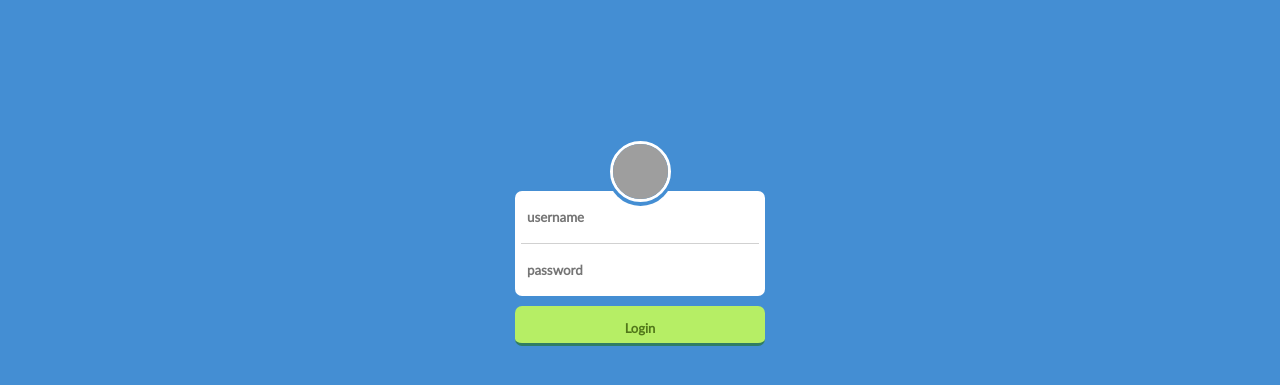
Repository: Naokiyuy/DigitalHum
Page: http://localhost/digital/backend/login.jsp
The author's editor kept a copy of each file at every save. The page is drawn from the files as they stood at one save, then again after the next save.
The browser window is 1280 px wide. The pictures show the whole page.
Pictures or frames that could not be fetched are drawn as grey boxes. The page is served by Tomcat 9. Nobody is signed in. The application's start-up code is not run.

Above is the page before, as saved 2015-03-23 19:12:40.

After the next save:
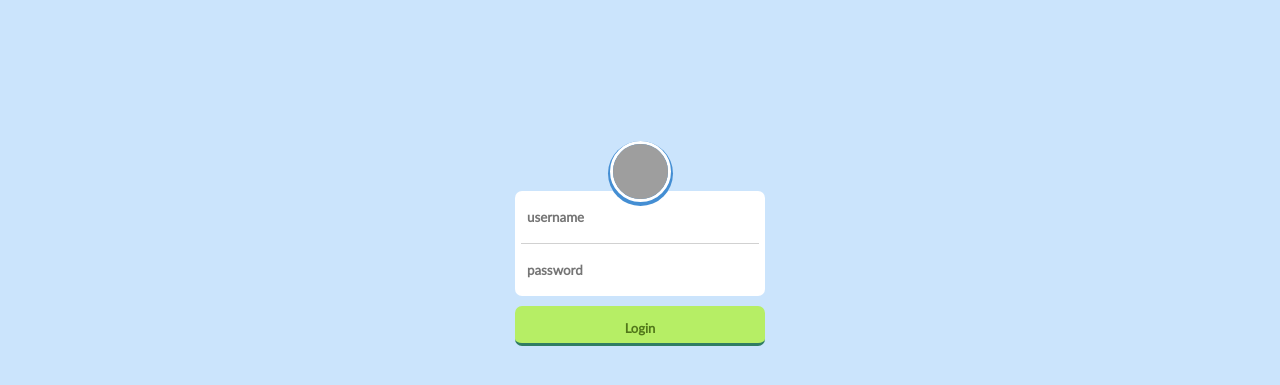
Saved 58 s later.
--- a/digital/src/main/webapp/backend/login.jsp
+++ b/digital/src/main/webapp/backend/login.jsp
@@ -12,7 +12,7 @@
 }
 
 body {
-	background: #448ed3 ;
+	background: #cbe4fc ;
 	font-family: "Lato" ;
 }
 .wrap {
